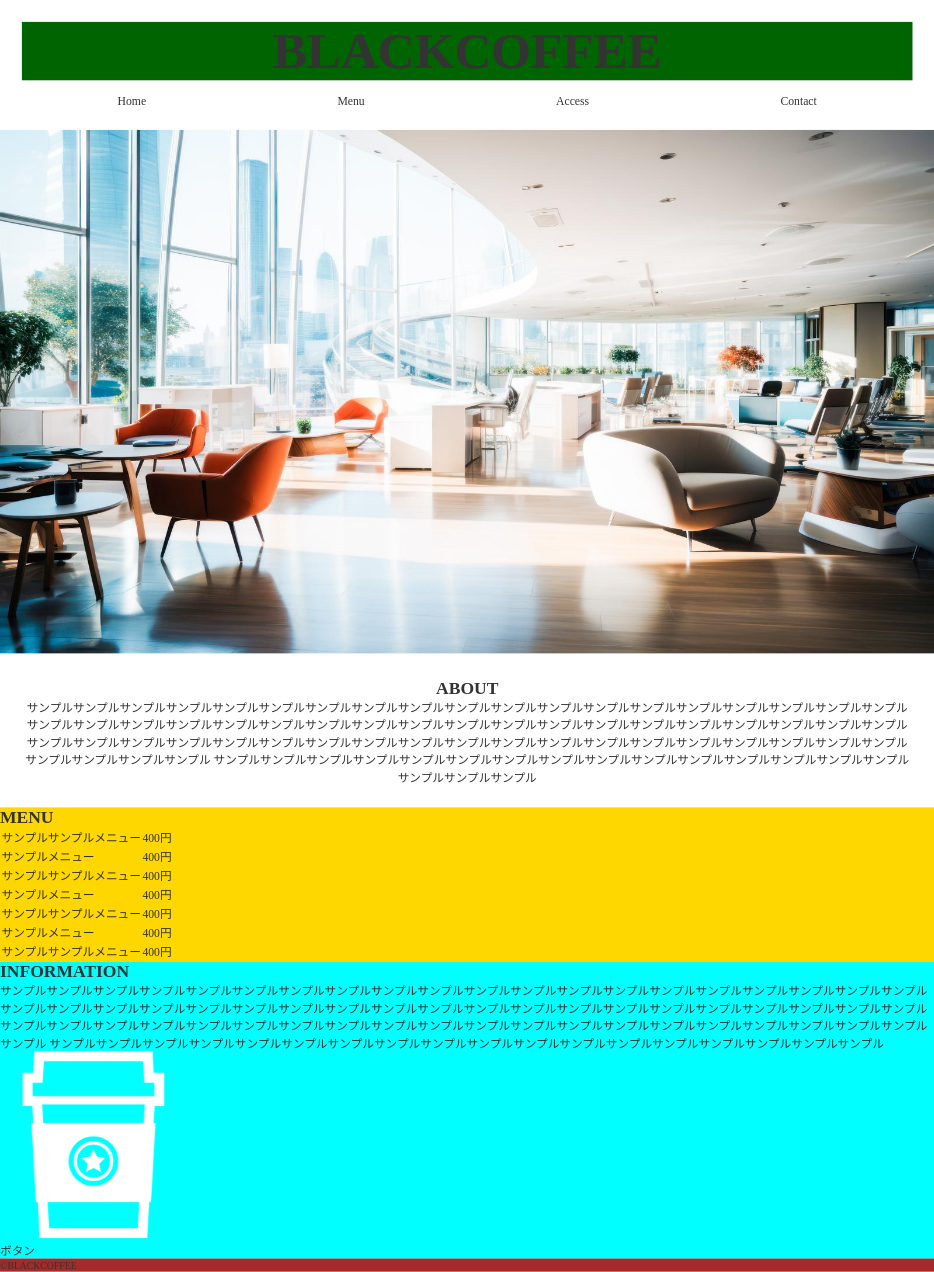
Repository: elle821208/Ayakomi-Cafe
Page: index.html
An editor plug-in stored every save of this project. The page is shown before and after the next save, followed by the edit.
The browser window is 1280 px wide. The pictures show the whole page, at 73% of full size.

Above is the page before, as saved 2025-02-28 12:45:46.

After the next save:
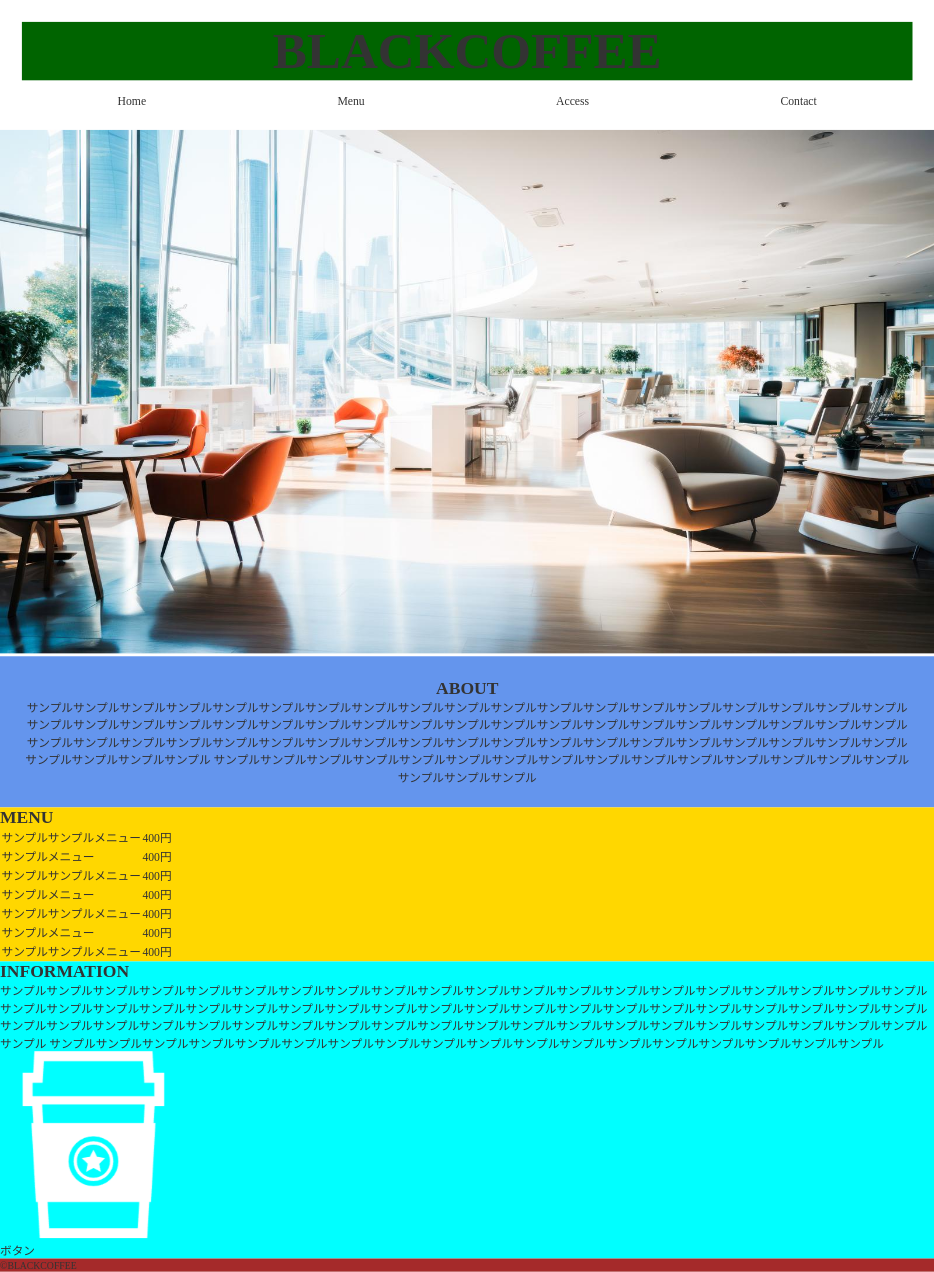
Saved 5 s later.
--- a/index.html
+++ b/index.html
@@ -40,7 +40,7 @@
 
             </section>
 
-            <section class="about" style="background-color: ;">
+            <section class="about" style="background-color: cornflowerblue;">
                 <div class="container">
                     <h2>ABOUT</h2>
                     <p>サンプルサンプルサンプルサンプルサンプルサンプルサンプルサンプルサンプルサンプルサンプルサンプルサンプルサンプルサンプルサンプルサンプルサンプルサンプルサンプルサンプルサンプルサンプルサンプルサンプルサンプルサンプルサンプルサンプルサンプルサンプルサンプルサンプルサンプルサンプルサンプルサンプルサンプルサンプルサンプルサンプルサンプルサンプルサンプルサンプルサンプルサンプルサンプルサンプルサンプルサンプルサンプルサンプルサンプルサンプルサンプルサンプルサンプルサンプルサンプルサンプル
